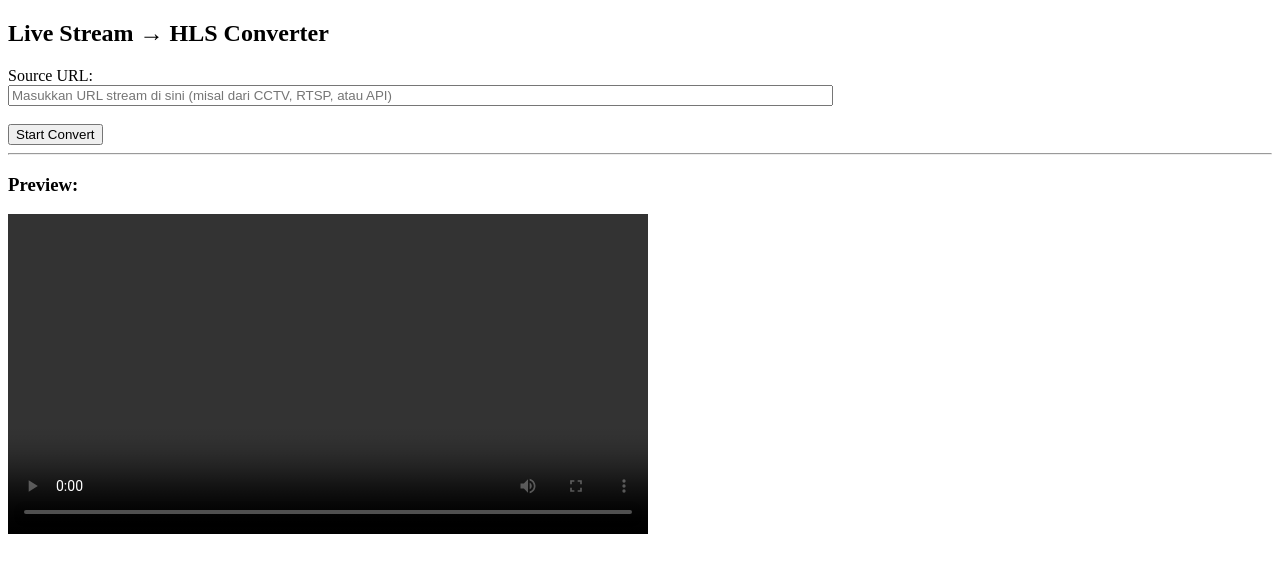
Repository: abdulharisasari/hlsconverter
Page: http://localhost/
The author's editor kept a copy of each file at every save. The page is drawn from the files as they stood at one save, then again after the next save.
The browser window is 1280 px wide. The pictures show the whole page.
The page is served by the project's application, run on Flask 3 (app.py).

Above is the page before, as saved 2025-11-05 14:35:31.

After the next save:
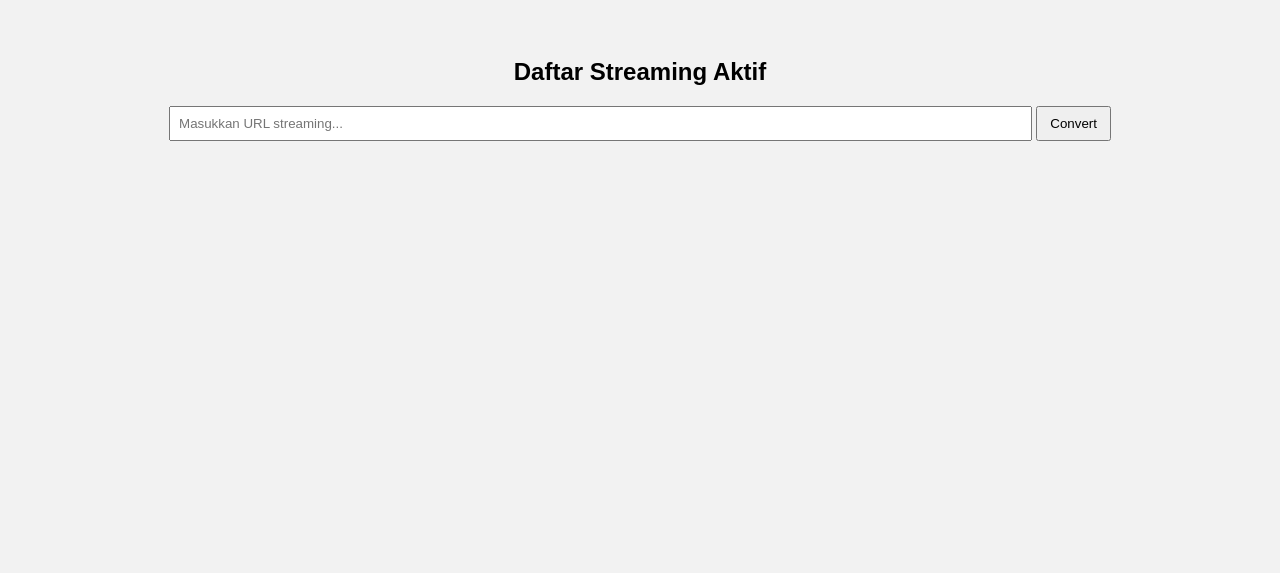
Saved 13 s later.
--- a/templates/index.html
+++ b/templates/index.html
@@ -1,51 +1,53 @@
 <!doctype html>
 <html>
 <head>
-  <meta charset="utf-8"/>
-  <title>Live Stream to HLS Converter</title>
-  <script src="https://cdn.jsdelivr.net/npm/hls.js@latest"></script>
+  <meta charset="utf-8">
+  <title>HLS Stream Manager</title>
+  <style>
+    body { font-family: Arial; background:#f2f2f2; padding:30px; }
+    h2 { text-align:center; }
+    input { width:70%; padding:8px; }
+    button { padding:8px 12px; }
+    ul { list-style:none; padding:0; }
+    li { margin:10px 0; background:white; padding:10px; border-radius:6px; display:flex; justify-content:space-between; }
+    a { text-decoration:none; color:#007bff; }
+  </style>
 </head>
 <body>
-  <h2>Live Stream → HLS Converter</h2>
-  <label>Source URL:</label><br/>
-  <input id="sourceUrl" type="text" size="100"
-         placeholder="Masukkan URL stream di sini (misal dari CCTV, RTSP, atau API)"/>
-  <br/><br/>
-  <button onclick="startConvert()">Start Convert</button>
+  <h2>Daftar Streaming Aktif</h2>
 
-  <hr/>
-  <h3>Preview:</h3>
-  <video id="video" width="640" controls autoplay></video>
+  <div style="text-align:center;margin-bottom:20px;">
+    <input type="text" id="source" placeholder="Masukkan URL streaming...">
+    <button onclick="addStream()">Convert</button>
+  </div>
+
+  <ul id="streamList">
+    {% for s in streams %}
+      <li>
+        <span>{{ s.source }}</span>
+        <a href="{{ s.player_url }}" target="_blank">Tonton Stream</a>
+      </li>
+    {% endfor %}
+  </ul>
 
   <script>
-  async function startConvert() {
-    const src = document.getElementById('sourceUrl').value;
-    if (!src) return alert("Masukkan URL sumber dulu");
+    async function addStream() {
+      const src = document.getElementById('source').value.trim();
+      if (!src) return alert("Masukkan URL streaming!");
+      const res = await fetch("/convert", {
+        method: "POST",
+        headers: {"Content-Type": "application/json"},
+        body: JSON.stringify({source: src})
+      });
+      const data = await res.json();
+      if (data.error) return alert(data.error);
 
-    const res = await fetch('/convert', {
-      method: 'POST',
-      headers: {'Content-Type': 'application/json'},
-      body: JSON.stringify({ source: src })
-    });
-    const data = await res.json();
-
-    if (data.hls_url) {
-      playHls(data.hls_url);
-    } else {
-      alert("Gagal mulai konversi: " + (data.error || "unknown error"));
+      const ul = document.getElementById("streamList");
+      const li = document.createElement("li");
+      li.innerHTML = `<span>${data.source}</span> <a href="${data.player_url}" target="_blank">Tonton Stream</a>`;
+      ul.appendChild(li);
+      document.getElementById('source').value = "";
     }
-  }
-
-  function playHls(hlsUrl) {
-    const video = document.getElementById('video');
-    if (Hls.isSupported()) {
-      const hls = new Hls();
-      hls.loadSource(hlsUrl);
-      hls.attachMedia(video);
-    } else if (video.canPlayType('application/vnd.apple.mpegurl')) {
-      video.src = hlsUrl;
-    }
-  }
   </script>
 </body>
 </html>
